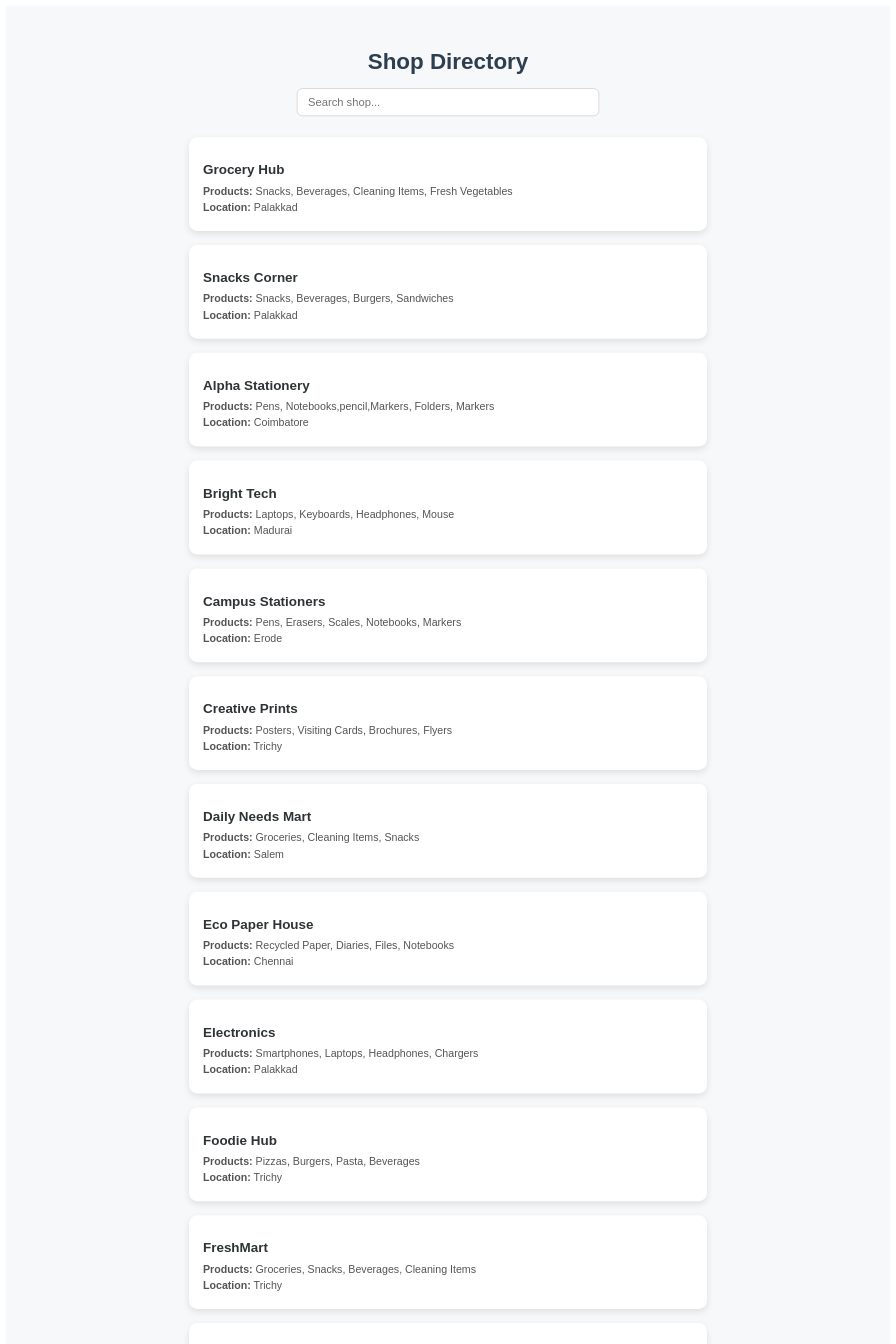
Repository: Pavithra-09git/CarSort
Page: /
These files come from the project's save history. The page is drawn as it stood at one moment and after the next save; the edit follows.
The browser window is 1280 px wide. The pictures show the part of the page from y = 0 to 1920 px (the page is 4842 px tall before and 816 px after), at 70% of full size.
The project was rebuilt for these pictures with package versions that can differ from the ones it lists, and the page was loaded fresh each time. Also part of the build but not shown: vite.config.js.

Above is the page before, as saved 2025-10-26 12:12:47.

After the next save:
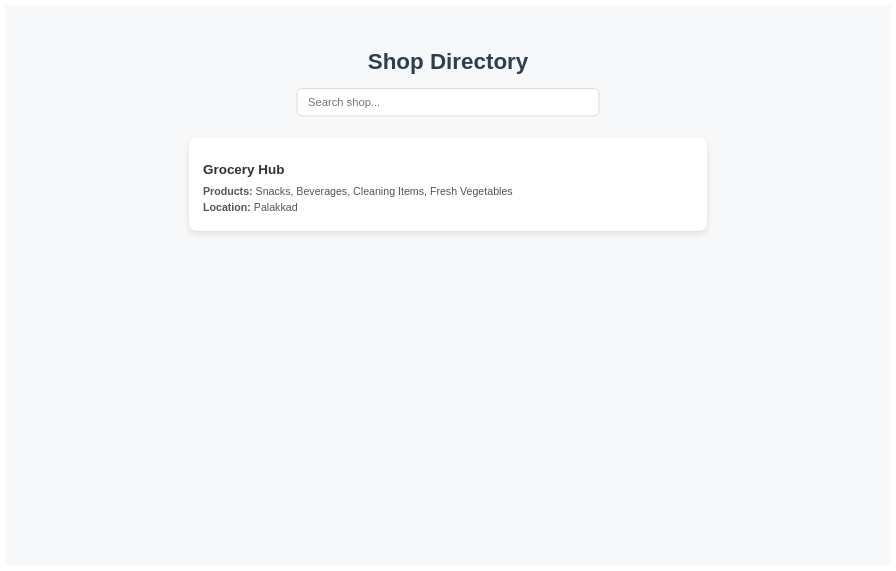
Saved 5 min 44 s later.
--- a/src/App.jsx
+++ b/src/App.jsx
@@ -1,19 +1,18 @@
 import React, { useState } from "react";
-import {shops} from './data'
+import { shops } from './data';
 import "./App.css";
 
 function App() {
   const [search, setSearch] = useState("");
 
-
-
   // Sort alphabetically
   const sortedShops = [...shops].sort((a, b) => a.name.localeCompare(b.name));
 
-  // Filter by search input
-  const filteredShops = sortedShops.find((shop) =>
-    shop.name.toLowerCase().includes(search.toLowerCase()) ||
-  shop.products.toLowerCase().includes(search.toLowerCase())
+  // Find first shop matching the search
+  const filteredShop = sortedShops.find(
+    (shop) =>
+      shop.name.toLowerCase().includes(search.toLowerCase()) ||
+      shop.products.toLowerCase().includes(search.toLowerCase())
   );
 
   return (
@@ -29,20 +28,19 @@
       />
 
       <div className="card-column">
-        {filteredShops.length > 0 ? (
-          filteredShops.map((shop) => (
-            <div className="card" key={shop.id}>
-              <h2>{shop.name}</h2>
-              <p>
-                <strong>Products:</strong> {shop.products}
-              </p>
-              <p>
-                <strong>Location:</strong> {shop.location}
-              </p>
-            </div>
-          ))
+        {filteredShop ? (
+          <div className="card" key={filteredShop.id}>
+            <h2>{filteredShop.name}</h2>
+            <p>
+              <strong>Products:</strong> {filteredShop.products}
+            </p>
+            <p>
+              <strong>Location:</strong> {filteredShop.location}
+            </p>
+          </div>
         ) : (
-          sortedShops.map((shop)=>(
+          // If nothing matches, show all shops
+          sortedShops.map((shop) => (
             <div className="card" key={shop.id}>
               <h2>{shop.name}</h2>
               <p>

After the save that followed:
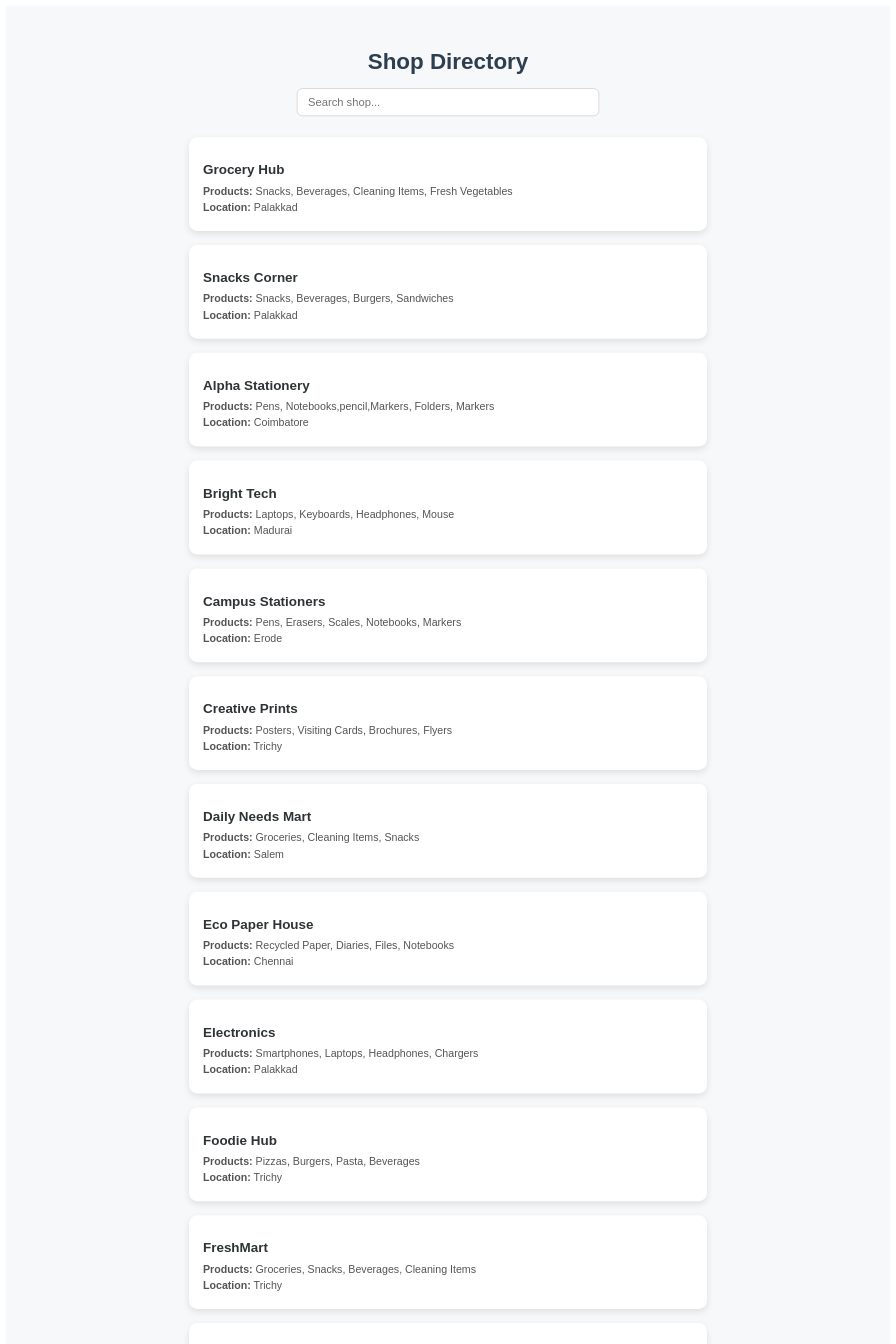
Saved 112 s later.
--- a/src/App.jsx
+++ b/src/App.jsx
@@ -5,10 +5,10 @@
 function App() {
   const [search, setSearch] = useState("");
 
-  // Sort alphabetically
+  // Sort alphabetically once
   const sortedShops = [...shops].sort((a, b) => a.name.localeCompare(b.name));
 
-  // Find first shop matching the search
+  // Find first shop that matches search
   const filteredShop = sortedShops.find(
     (shop) =>
       shop.name.toLowerCase().includes(search.toLowerCase()) ||
@@ -28,7 +28,8 @@
       />
 
       <div className="card-column">
-        {filteredShop ? (
+        {search && filteredShop ? (
+          // Show only the first matching shop if search is not empty
           <div className="card" key={filteredShop.id}>
             <h2>{filteredShop.name}</h2>
             <p>
@@ -39,7 +40,7 @@
             </p>
           </div>
         ) : (
-          // If nothing matches, show all shops
+          // Show all shops alphabetically if search is empty
           sortedShops.map((shop) => (
             <div className="card" key={shop.id}>
               <h2>{shop.name}</h2>
